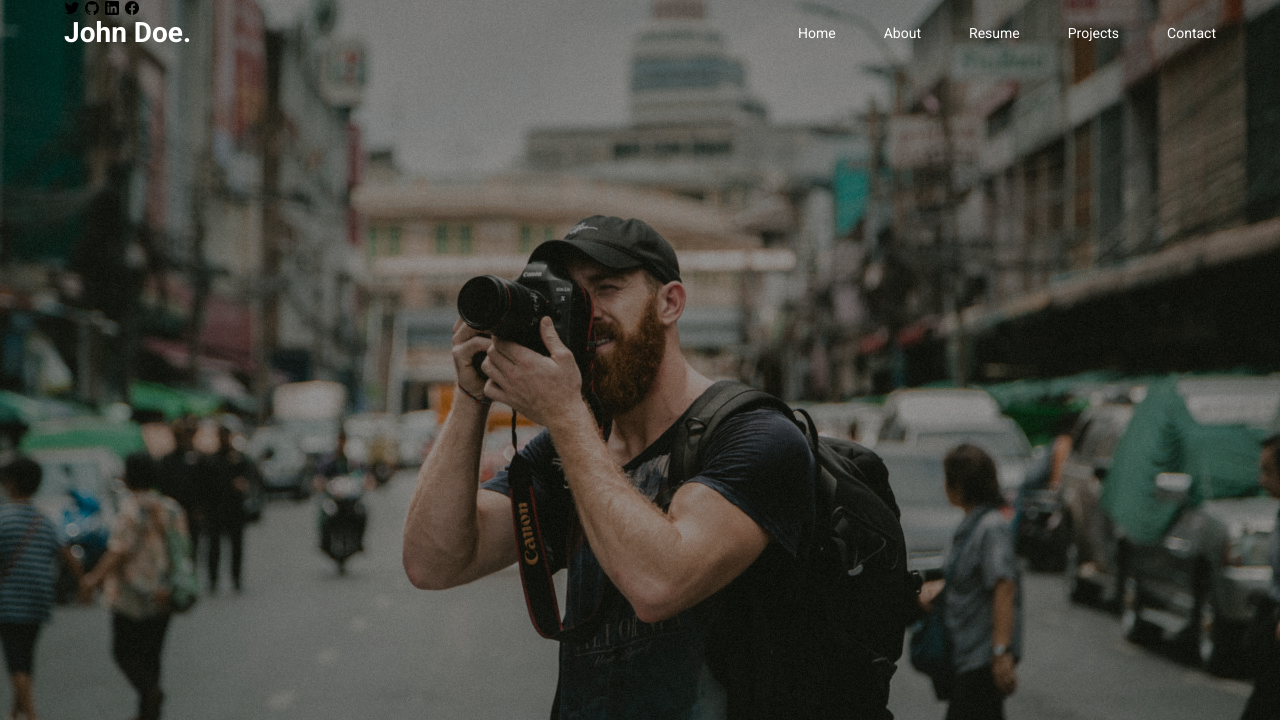
Repository: DevAntonioRogers/portfolio-tutorial
Page: index.html
These files come from the project's save history. The page is drawn as it stood at one moment and after the next save; the edit follows.
The browser window is 1280 px wide. The pictures show the whole page.

Above is the page before, as saved 2023-10-31 23:12:29.

### index.html
<!DOCTYPE html>
<html lang="en">
  <head>
    <meta charset="UTF-8" />
    <meta
      name="viewport"
      content="width=device-width, initial-scale=1.0"
    />
    <script src="https://unpkg.com/typed.js@2.0.16/dist/typed.umd.js"></script>
    <script
      type="module"
      src="https://unpkg.com/ionicons@7.1.0/dist/ionicons/ionicons.esm.js"
    ></script>
    <script
      nomodule
      src="https://unpkg.com/ionicons@7.1.0/dist/ionicons/ionicons.js"
    ></script>
    <link rel="stylesheet" href="./styles/main.css" />
    <title>John Doe Portfolio</title>
  </head>
  <body>
    <!-------- NAVBAR --------->
    <header>
      <nav role="navigation" aria-label="Navigation">
        <div class="container navbar">
          <h1>John Doe.</h1>

          <ul class="nav-menu">
            <li><a href="#home">Home</a></li>
            <li><a href="#about">About</a></li>
            <li><a href="#resume">Resume</a></li>
            <li><a href="#projects">Projects</a></li>
            <li><a href="#contact">Contact</a></li>
          </ul>

          <button
            aria-label="Toggle Mobile Menu"
            class="hamburger"
          >
            <span class="bar"></span>
            <span class="bar"></span>
            <span class="bar"></span>
          </button>
        </div>
      </nav>
    </header>

    <main>
      <!--HERO SECTION -->
      <section id="home" class="hero">
        <div class="hero-overlay"></div>
        <div class="container hero-content">
          <div class="hero-text">
            <h2 id="typed-text"></h2>
          </div>

          <div
            class="hero-socials"
            aria-label="Social Media Links"
          >
            <a href="#" aria-label="Twitter Link"
              ><ion-icon name="logo-twitter"></ion-icon
            ></a>
            <a href="#" aria-label="Github Link"
              ><ion-icon name="logo-github"></ion-icon
            ></a>
            <a href="#" aria-label="LinkedIn Link"
              ><ion-icon name="logo-linkedin"></ion-icon
            ></a>
            <a href="#" aria-label="Facebook Link"
              ><ion-icon name="logo-facebook"></ion-icon
            ></a>
          </div>
        </div>
      </section>
    </main>

    <script src="./app.js"></script>
  </body>
</html>

### styles/main.css
@import url("https://fonts.googleapis.com/css2?family=Roboto:wght@100;400;500;700&display=swap");
@import url(./navbar.css);
@import url(./hero.css);
* {
  box-sizing: border-box;
  padding: 0;
  margin: 0;
  font-family: "Roboto", sans-serif;
}

html {
  scroll-behavior: smooth;
}

li {
  list-style: none;
}

a {
  text-decoration: none;
  color: inherit;
}

button {
  outline: none;
  border: none;
  background: inherit;
}

.container {
  width: 90%;
  margin: 0 auto;
  max-width: 1400px;
  height: 100%;
}

article {
  padding: 20px 0;
  display: flex;
  flex-direction: column;
  gap: 10px;
  border: solid 1px #dad9d9;
}

### app.js
//NAVBAR

const hamburger = document.querySelector('.hamburger')
const navMenu = document.querySelector('.nav-menu')
const body = document.querySelector('body')
const navLinks = navMenu.querySelectorAll('li');

hamburger.addEventListener('click', () => {
  hamburger.classList.toggle('active')
  navMenu.classList.toggle('active')
  body.classList.toggle("no-scroll")
})

function closeMenu() {
  hamburger.classList.remove('active')
  navMenu.classList.remove('active')
  body.classList.remove("no-scroll")
}

navLinks.forEach((link) => {
  link.addEventListener('click', closeMenu)
})

### styles/navbar.css
nav {
  background-color: transparent;
  position: fixed;
  width: 100%;
  z-index: 999;
  top: 0;
  left: 0;
  padding: 1rem 0;
}

.navbar {
  display: flex;
  justify-content: space-between;
  align-items: center;
}

.navbar h1 {
  color: white;
  font-size: 28px;
}

.nav-menu {
  display: flex;
  gap: 3rem;
  align-items: center;
}

.nav-menu li {
  font-size: 14px;
  color: white;
}

.bar {
  background-color: white;
  display: block;
  width: 23px;
  height: 2px;
  margin: 5px auto;
  transition: all 0.3s ease-in-out;
}

.hamburger {
  display: none;
  z-index: 999;
}

@media only screen and (max-width: 768px) {
  .hamburger {
    display: block;
  }

  .nav-menu {
    position: fixed;
    top: 0;
    right: 0;
    width: 100%;
    height: 100%;
    flex-direction: column;
    align-items: center;
    background-color: black;
    padding: 20px 0;
    z-index: 10;
    transition: 0.3s ease-in-out;
    gap: 5rem;
    padding-top: 6rem;
    left: -100%;
  }

  .nav-menu.active {
    left: 0;
  }

  .hamburger.active .bar:nth-child(2) {
    opacity: 0;
  }

  .hamburger.active .bar:nth-child(1) {
    transform: translateY(8px) rotate(45deg);
  }

  .hamburger.active .bar:nth-child(3) {
    transform: translatey(-6px) rotate(-45deg);
  }
}

### styles/hero.css
.hero {
  position: relative;
  height: 100vh;
  background: url(/assets/hero.jpg);
  background-size: cover;
  z-index: 1;
  background-attachment: fixed;
}

.hero-overlay {
  position: absolute;
  width: 100%;
  height: 100%;
  background-color: rgba(0, 0, 0, 0.423);
  top: 0;
  left: 0;
  z-index: 1;
}

After the next save:
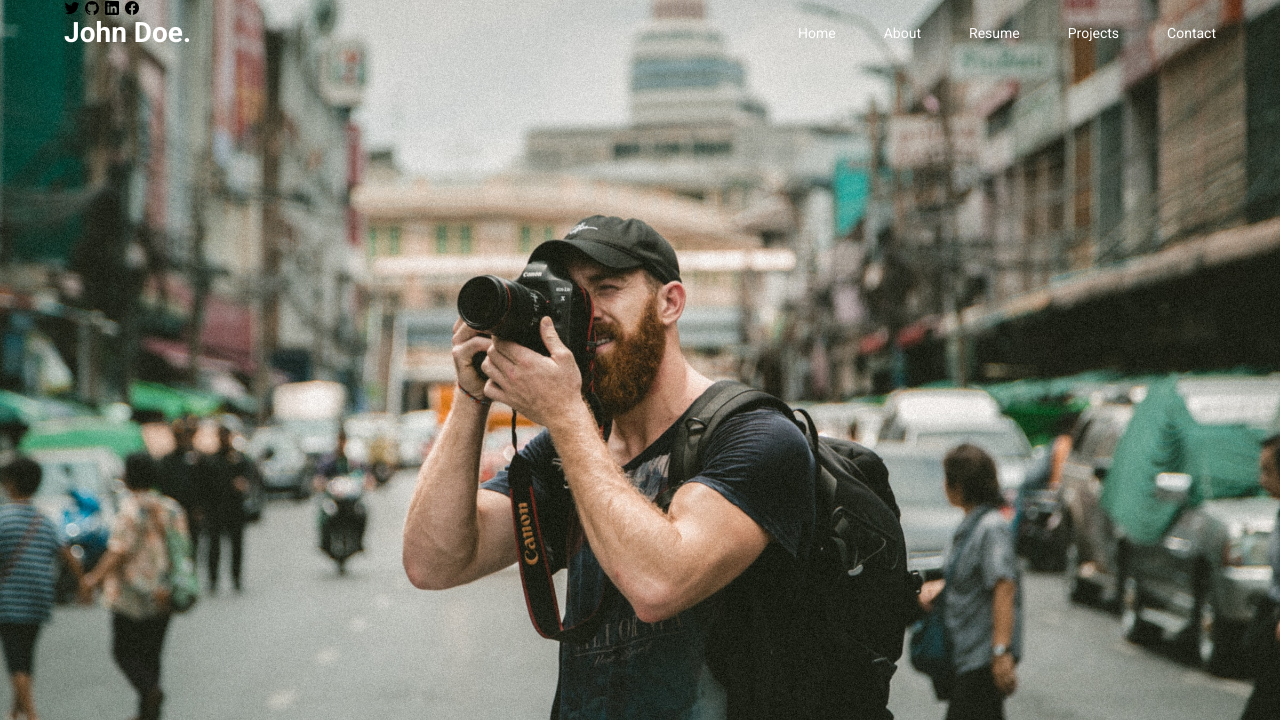
Saved 17 s later.
--- a/styles/hero.css
+++ b/styles/hero.css
@@ -11,7 +11,7 @@
   position: absolute;
   width: 100%;
   height: 100%;
-  background-color: rgba(0, 0, 0, 0.423);
+  background-color: #0000005e
   top: 0;
   left: 0;
   z-index: 1;

After the save that followed:
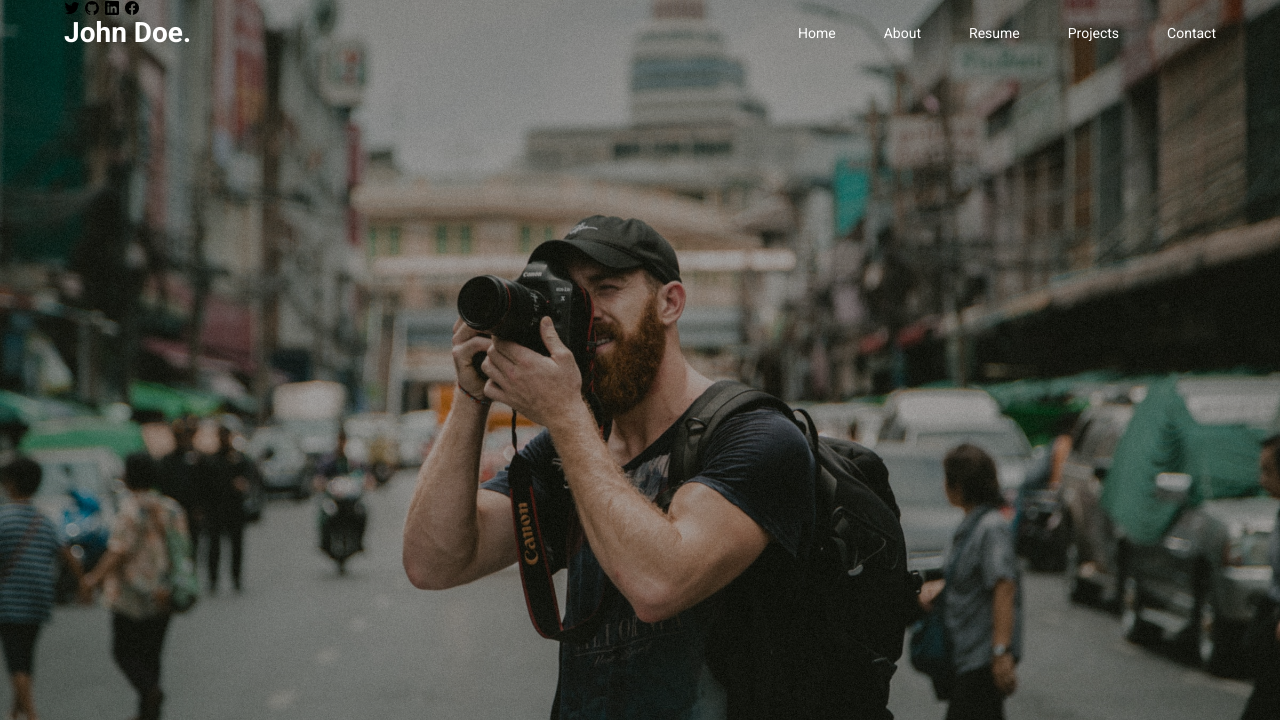
Saved 4 s later.
--- a/styles/hero.css
+++ b/styles/hero.css
@@ -11,7 +11,7 @@
   position: absolute;
   width: 100%;
   height: 100%;
-  background-color: #0000005e
+  background-color: #0000005e;
   top: 0;
   left: 0;
   z-index: 1;
